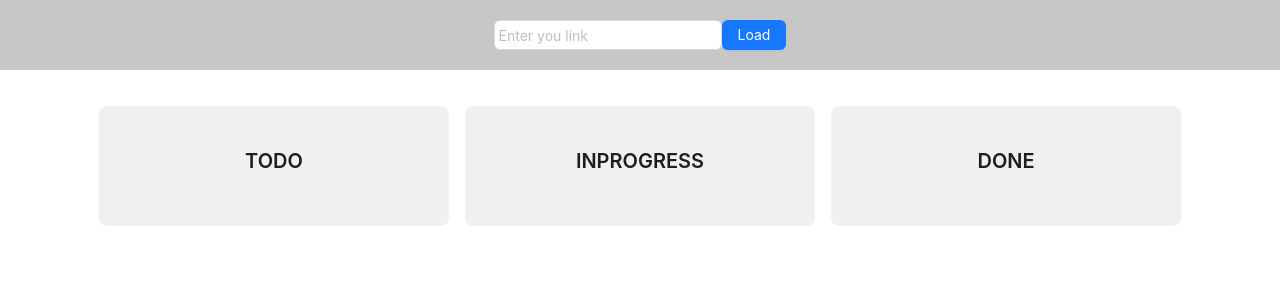
Repository: dVaselevsliy/kanban-test
Page: /
These files come from the project's save history. The page is drawn as it stood at one moment and after the next save; the edit follows.
The browser window is 1280 px wide. The pictures show the whole page.
The project was rebuilt for these pictures with package versions that can differ from the ones it lists, and the page was loaded fresh each time. Also part of the build but not shown: vite.config.ts, src/helpers/timeAgo.js, src/components/Issue.tsx.

Above is the page before, as saved 2025-03-03 15:50:37.

After the next save:
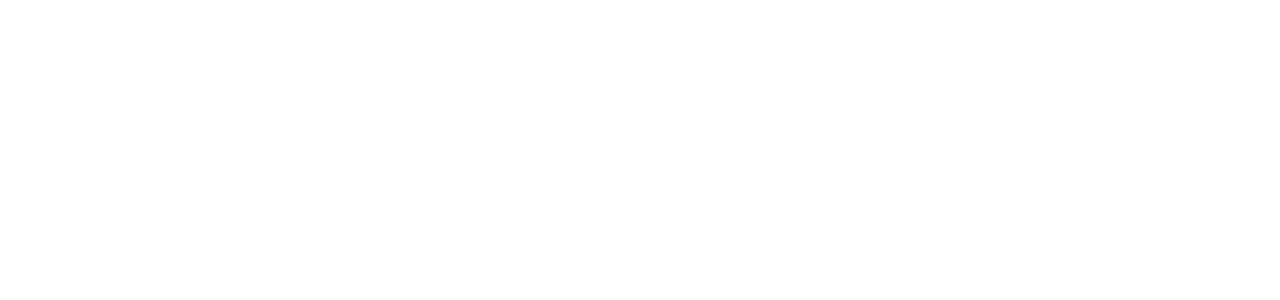
Console error: ReferenceError: Cannot access 'updateTaskFromIssues' before initialization
Saved 7 s later.
--- a/src/components/KanbanBoard.tsx
+++ b/src/components/KanbanBoard.tsx
@@ -36,7 +36,7 @@
   } else {
     updateTaskFromIssues();
   }
-  }, [repoUrl, ])
+  }, [repoUrl, updateTaskFromIssues])
 
   const updateTaskFromIssues = () => {
     const newTasks = {

After the 3 saves that followed:
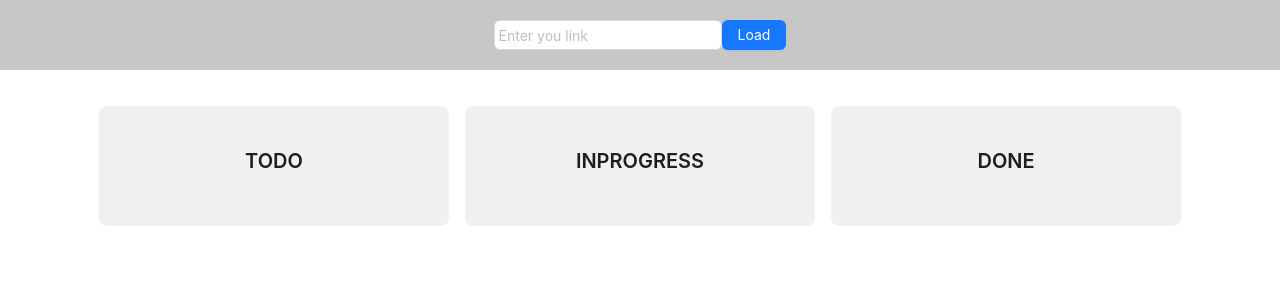
The error is gone.
The 3 saves are shown as one change because they came seconds apart.
The last was saved 11 s later.
--- a/src/components/KanbanBoard.tsx
+++ b/src/components/KanbanBoard.tsx
@@ -21,22 +21,7 @@
   const [draggedTask, setDraggedTask] = useState(null);
   const [draggedOverTask, setDraggedOverTask] = useState(null);
 
-  useEffect(() => {
-    const storageKey = `kanban-${repoUrl}`;
-  const storedTasks = localStorage.getItem(storageKey);
 
-  if (storedTasks) {
-    try {
-      const parsedTasks = JSON.parse(storedTasks);
-      setTasks(parsedTasks);
-    } catch (error) {
-      console.error("Ошибка парсинга localStorage:", error);
-      updateTaskFromIssues();
-    }
-  } else {
-    updateTaskFromIssues();
-  }
-  }, [repoUrl, updateTaskFromIssues])
 
   const updateTaskFromIssues = () => {
     const newTasks = {
